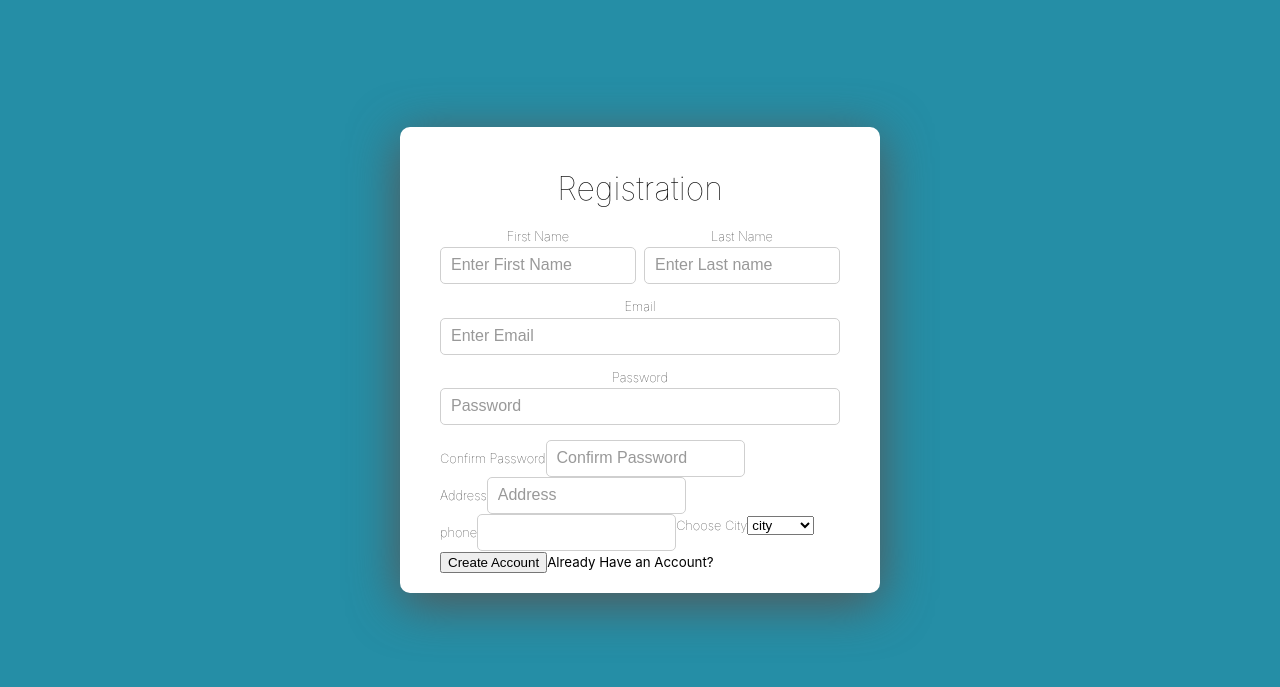
Repository: Fortune-Labs/Event-management-system-CapstoneG3
Page: / (app in frontend/)
An editor plug-in stored every save of this project. The page is shown before and after the next save, followed by the edit.
The browser window is 1280 px wide. The pictures show the whole page.
The project was rebuilt for these pictures with package versions that can differ from the ones it lists, and the page was loaded fresh each time.

Above is the page before, as saved 2020-09-03 01:07:55.

After the next save:
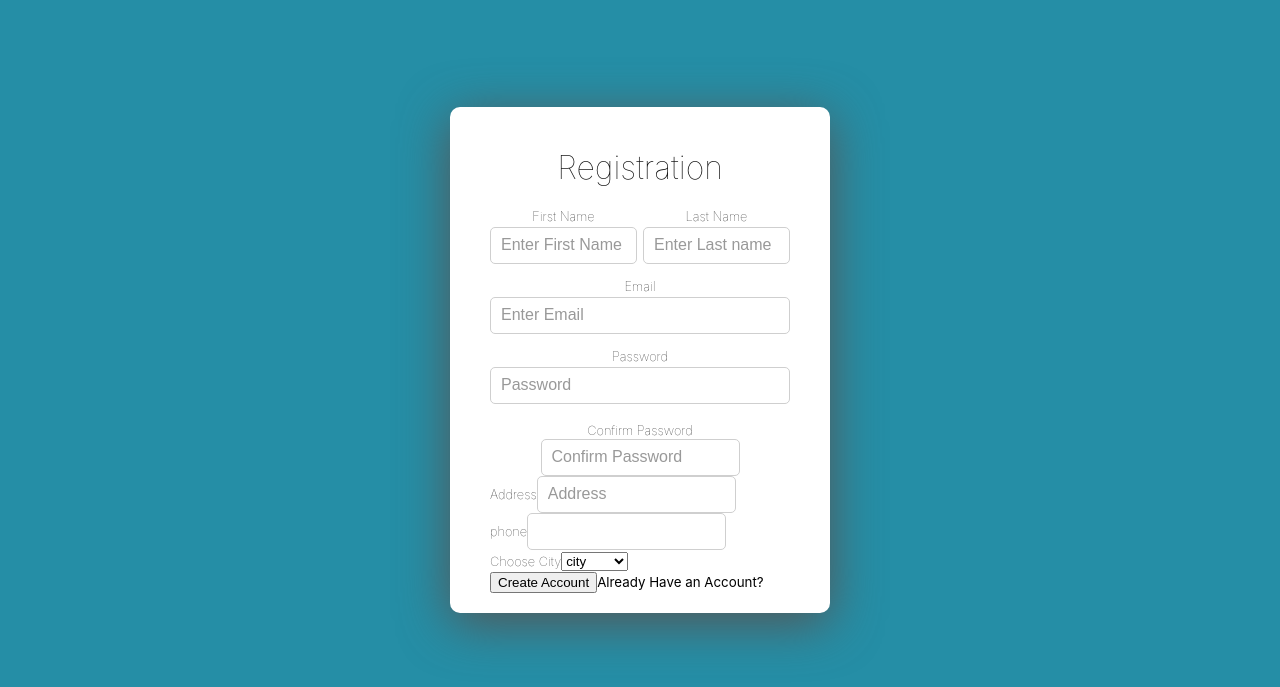
Saved 94 s later.
--- a/frontend/src/components/LoginSignup/style.css
+++ b/frontend/src/components/LoginSignup/style.css
@@ -1,13 +1,3 @@
-/* .wrapper { */
-/* height: 100%; */
-/* width: 100%; */
-/* display: flex; */
-/* flex-direction: column; */
-/* justify-content: center; */
-/* align-items: center; */
-/* background-color: hsl(0, 0%, 95%); */
-/* } */
-
 .wrapper {
   height: 100vh;
   width: 100%;
@@ -19,7 +9,7 @@
 }
 
 .form-wrapper {
-  width: 400px;
+  width: 300px;
   display: flex;
   flex-direction: column;
   padding: 20px 40px;
